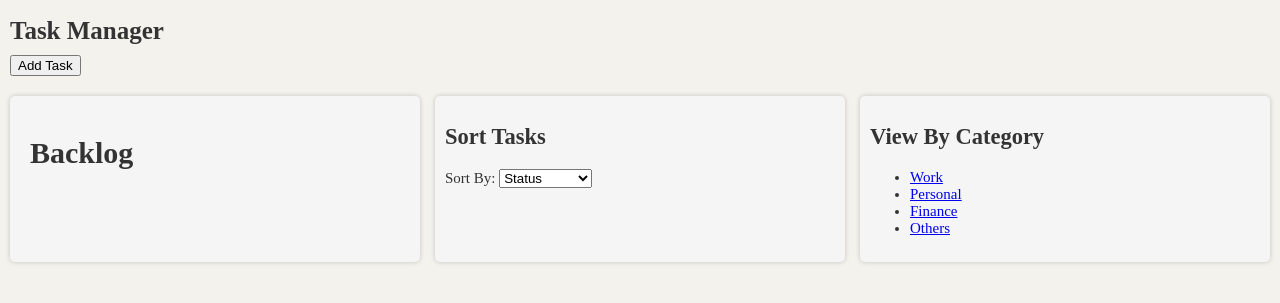
Repository: n-shen/task-tracker
Page: / (app in frontend/)
An editor plug-in stored every save of this project. The page is shown before and after the next save, followed by the edit.
The browser window is 1280 px wide. The pictures show the whole page.
The project was rebuilt for these pictures with package versions that can differ from the ones it lists, and the page was loaded fresh each time. Also part of the build but not shown: frontend/src/components/taskManager/addTask.jsx, frontend/src/components/tasks/task.jsx, frontend/src/components/taskManager/categoryTasks.jsx. Imported but missing from the stored project, and not drawn on this page: frontend/src/reportWebVitals.

Above is the page before, as saved 2023-04-20 13:28:45.

### frontend/public/index.html
<!DOCTYPE html>
<html lang="en">
  <head>
    <meta charset="utf-8" />
    <link rel="icon" href="%PUBLIC_URL%/favicon.ico" />
    <meta name="viewport" content="width=device-width, initial-scale=1" />
    <meta name="theme-color" content="#000000" />
    <meta
      name="description"
      content="Web site created using create-react-app"
    />
    <link rel="apple-touch-icon" href="%PUBLIC_URL%/logo192.png" />
    <!--
      manifest.json provides metadata used when your web app is installed on a
      user's mobile device or desktop. See https://developers.google.com/web/fundamentals/web-app-manifest/
    -->
    <link rel="manifest" href="%PUBLIC_URL%/manifest.json" />
    <!--
      Notice the use of %PUBLIC_URL% in the tags above.
      It will be replaced with the URL of the `public` folder during the build.
      Only files inside the `public` folder can be referenced from the HTML.

      Unlike "/favicon.ico" or "favicon.ico", "%PUBLIC_URL%/favicon.ico" will
      work correctly both with client-side routing and a non-root public URL.
      Learn how to configure a non-root public URL by running `npm run build`.
    -->
    <title>Task Tracker App</title>
  </head>
  <body>
    <noscript>You need to enable JavaScript to run this app.</noscript>
    <div id="root"></div>
    <!--
      This HTML file is a template.
      If you open it directly in the browser, you will see an empty page.

      You can add webfonts, meta tags, or analytics to this file.
      The build step will place the bundled scripts into the <body> tag.

      To begin the development, run `npm start` or `yarn start`.
      To create a production bundle, use `npm run build` or `yarn build`.
    -->
  </body>
</html>

### frontend/src/index.js
import React from "react";
import ReactDOM from "react-dom/client";
import "./styles/index.css";
import App from "./App";
import reportWebVitals from "./reportWebVitals";
import { BrowserRouter } from "react-router-dom";

const root = ReactDOM.createRoot(document.getElementById("root"));
root.render(
  <React.StrictMode>
    <BrowserRouter>
      <App />
    </BrowserRouter>
  </React.StrictMode>
);

// If you want to start measuring performance in your app, pass a function
// to log results (for example: reportWebVitals(console.log))
// or send to an analytics endpoint. Learn more: https://bit.ly/CRA-vitals
reportWebVitals();

### frontend/src/styles/index.css
body {
  margin: 0;
  font-family: -apple-system, BlinkMacSystemFont, 'Segoe UI', 'Roboto', 'Oxygen',
    'Ubuntu', 'Cantarell', 'Fira Sans', 'Droid Sans', 'Helvetica Neue',
    sans-serif;
  -webkit-font-smoothing: antialiased;
  -moz-osx-font-smoothing: grayscale;
  background-color: #f2f5f5;
}

code {
  font-family: source-code-pro, Menlo, Monaco, Consolas, 'Courier New',
    monospace;
}

html {
  font-size: 62.5%;
}

### frontend/src/App.js
import React from "react";
import TaskManager from "./components/taskManager/manager";


function App() {
  return (
    <div className="App">
      <TaskManager />
    </div>
  );
}

export default App;

### frontend/src/components/taskManager/manager.jsx
import React, { useState, useEffect } from "react";
import AddTaskForm from "./addTask";
import TaskList from "../tasks/taskLists";
import SortTasks from "./sortTasks";
import ViewByCategory from "./viewByCategory";
import CategoryTask from "./categoryTasks";
import { Routes, Route } from "react-router-dom";
import "../../styles/manager.css";

const TaskManager = () => {
  const [tasks, setTasks] = useState(
    JSON.parse(localStorage.getItem("tasks")) || []
  );
  const [showAddTask, setShowAddTask] = useState(false);

  useEffect(() => {
    localStorage.setItem("tasks", JSON.stringify(tasks));
  }, [tasks]);

  const handleAddTask = (task) => {
    setTasks([...tasks, task]);
    setShowAddTask(false);
  };

  const handleShowAddTask = () => {
    setShowAddTask(true);
  };

  const handleHideAddTask = () => {
    setShowAddTask(false);
  };

  const handleDeleteTask = (index) => {
    const newTasks = [...tasks];
    newTasks.splice(index, 1);
    setTasks(newTasks);
  };

  const handleEditTask = (index, newTask) => {
    const newTasks = [...tasks];
    newTasks[index] = newTask;
    setTasks(newTasks);
  };

  return (
    <div className="taskManager">
      <div className="taskManager--wrapper">
        <h1 className="taskManager--title">Task Manager</h1>
          <div className="taskManager--addTask">
            <div className="taskManager--addTask__btn">
              <button onClick={handleShowAddTask} className="addTask-btn">
                Add Task
              </button>
            </div>
            <div className="taskManager--addTask__container">
              {showAddTask && (
                <AddTaskForm
                  onAdd={handleAddTask}
                  onHideAddTask={handleHideAddTask}
                />
              )}
            </div>
          </div>
          <div className="taskManager--grid">
          <div className="taskManager--taskList">
            <TaskList
              tasks={tasks}
              onDelete={handleDeleteTask}
              onEdit={handleEditTask}
            />
          </div>
          <div className="taskManager--sort">
            <SortTasks tasks={tasks} />
          </div>
          <div className="taskManager--view">
            <Routes>
              <Route path="/" element={<ViewByCategory tasks={tasks} />} />
              <Route
                path="/category/:category"
                element={<CategoryTask tasks={tasks} />}
              />
            </Routes>
          </div>
        </div>
      </div>
    </div>
  );
};

export default TaskManager;

### frontend/src/components/tasks/taskLists.jsx

import React from "react";
import Task from "./task";
import "../../styles/taskList.css";

const TaskList = ({ tasks, onDelete, onEdit }) => {
  return (
    <div className="taskList">
      <h1 className="taskList--head">Backlog</h1>
      {tasks.map((task, index) => (
        <Task
          key={index}
          index={index}
          task={task}
          onDelete={onDelete}
          onEdit={onEdit}
        />
      ))}
    </div>
  );
};

export default TaskList;

### frontend/src/components/taskManager/sortTasks.jsx
import { React, useState } from "react";

const SortTask = ({ tasks }) => {
  const [sortBy, setSortBy] = useState("status");

  const sortedTasks =
    tasks?.slice().sort((a, b) => {
      switch (sortBy) {
        case "title":
          return a.title.localeCompare(b.title);
        case "status":
          return a.status.localeCompare(b.status);
        case "dateAdded":
          return new Date(a.dateAdded) - new Date(b.dateAdded);
        case "dueDate":
          return new Date(a.dueDate) - new Date(b.dueDate);
        case "category":
          return a.category.localeCompare(b.category);
        default:
          return 0;
      }
    }) || [];

  const handleSortBy = (e) => {
    setSortBy(e.target.value);
  };

  return (
    <div>
      <h2>Sort Tasks</h2>
      <div>
        <label htmlFor="sort">Sort By: </label>
        <select name="sort" value={sortBy} onChange={handleSortBy}>
          <option value="title">Title</option>
          <option value="status">Status</option>
          <option value="dateAdded">Date Added</option>
          <option value="dueDate">Due Date</option>
        </select>
      </div>
      <div>
        <ul>
          {sortedTasks.map((task, index) => (
            <li key={index}>
              <h4>{task.title}</h4>
              <p>{task.description}</p>
              <p>Status: {task.status}</p>
              <p>Date Added: {task.dateAdded}</p>
              <p>Due Date: {task.dueDate}</p>
              <p>Category: {task.category}</p>
            </li>
          ))}
        </ul>
      </div>
    </div>
  );
};

export default SortTask;

### frontend/src/components/taskManager/viewByCategory.jsx
import React from "react";
import { Link, useParams } from "react-router-dom";

const ViewByCategory = ({ tasks }) => {
  const categories = ["Work", "Personal", "Finance", "Others"];
  const { category } = useParams();

  const tasksByCategory = (category) => {
    return tasks.filter((task) => task.category === category);
  };

  return (
    <div>
      <h2>View By Category</h2>
      <ul>
        {categories.map((categoryName) => (
          <li key={categoryName}>
            <Link to={`/category/${categoryName}`}>
              {categoryName}
            </Link>
          </li>
        ))}
      </ul>
      {category && (
        <div>
          <h3>{category}</h3>
          <ul>
            {tasksByCategory(category).map((task, index) => (
              <li key={index}>
                <div>Title: {task.title}</div>
                <div>Description: {task.description}</div>
                <div>Status: {task.status}</div>
                <div>Due Date: {task.dueDate}</div>
                <div>Category: {task.category}</div>
              </li>
            ))}
          </ul>
        </div>
      )}
    </div>
  );
};

export default ViewByCategory;

### frontend/src/styles/manager.css
.taskManager {
    background-color: #f3f2ed;
    width: 100vw;
    min-height: 100vh;
    display: flex;
    flex-direction: column;
    font-family: 'Fira Sans';
    font-size: 1.5rem;
    font-weight: 400;
    color: #333;
}

.taskManager--wrapper {
    padding: 0 1rem;
}

.taskManager--title {
    font-size: 2.5rem;
    font-weight: 700;
    margin-bottom: 1rem;
}

.taskManager--grid {
    display: grid;
    grid-template-columns: repeat(3, minmax(min-content, 1fr));
    grid-gap: 1.5rem;
    width: 100%;
    padding-top: 2rem;
}

.taskManager--grid > div {
    background-color: 	#F5F5F5;
    border-radius: 0.5rem;
    padding: 1rem;
    box-shadow: 0 0 0.5rem rgba(0, 0, 0, 0.2);
}

### frontend/src/styles/taskList.css
.taskList {
  display: flex;
  flex-direction: column;
  align-items: flex-start;
  width: 100%;
  height: 100%;
  padding: 1rem;
}

After the next save:
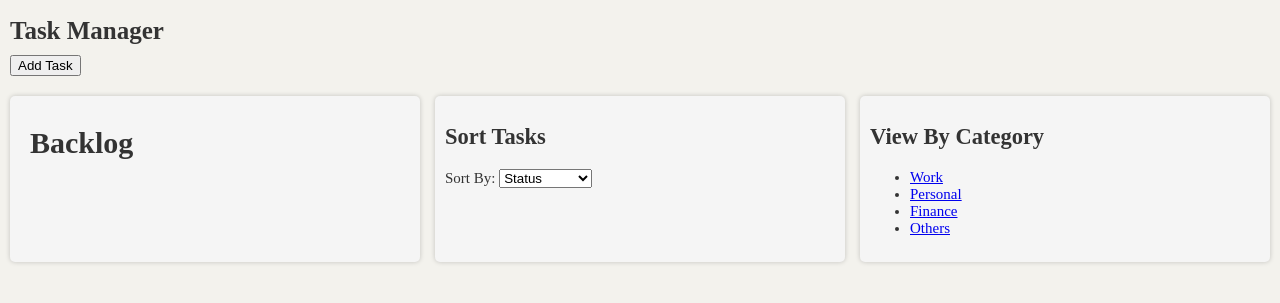
Saved 8 s later.
--- a/frontend/src/styles/taskList.css
+++ b/frontend/src/styles/taskList.css
@@ -4,5 +4,5 @@
   align-items: flex-start;
   width: 100%;
   height: 100%;
-  padding: 1rem;
+  padding: 0 1rem;
 }

After the save that followed:
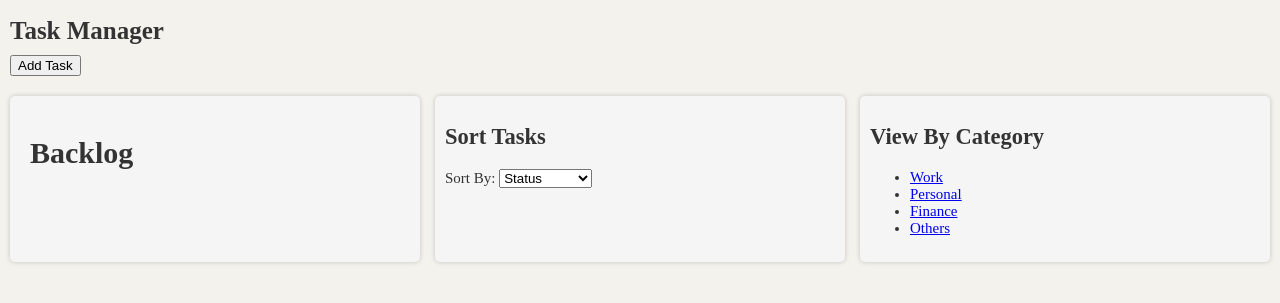
Saved 23 s later.
--- a/frontend/src/styles/taskList.css
+++ b/frontend/src/styles/taskList.css
@@ -6,3 +6,11 @@
   height: 100%;
   padding: 0 1rem;
 }
+
+.taskList--head {
+  display: flex;
+  justify-content: space-between;
+  align-items: center;
+  width: 100%;
+  padding: 1rem 0;
+}
